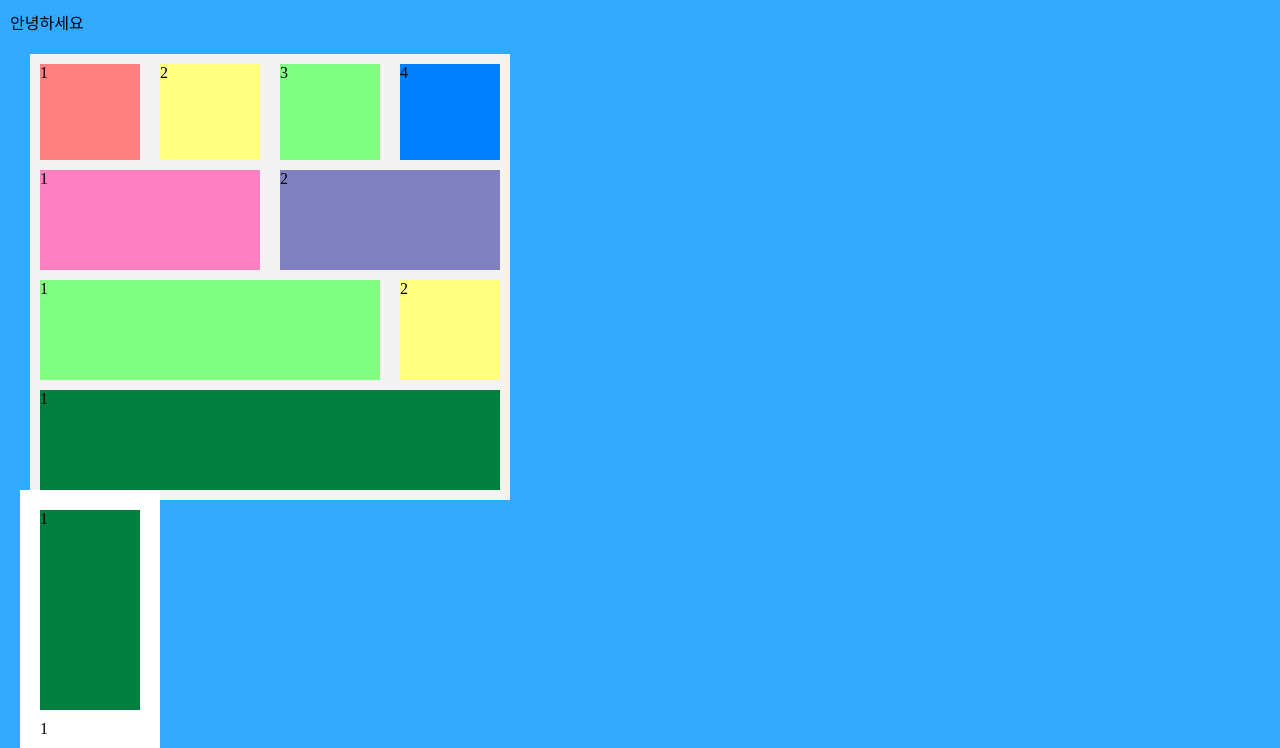
Repository: BaekJiGyeong/JSP_web
Page: http://localhost/Project0303/project1.jsp
The author's editor kept a copy of each file at every save. The page is drawn from the files as they stood at one save, then again after the next save.
The browser window is 1280 px wide. The pictures show the whole page.
The page is served by Tomcat 9.

Above is the page before, as saved 2016-03-03 09:07:26.

After the next save:
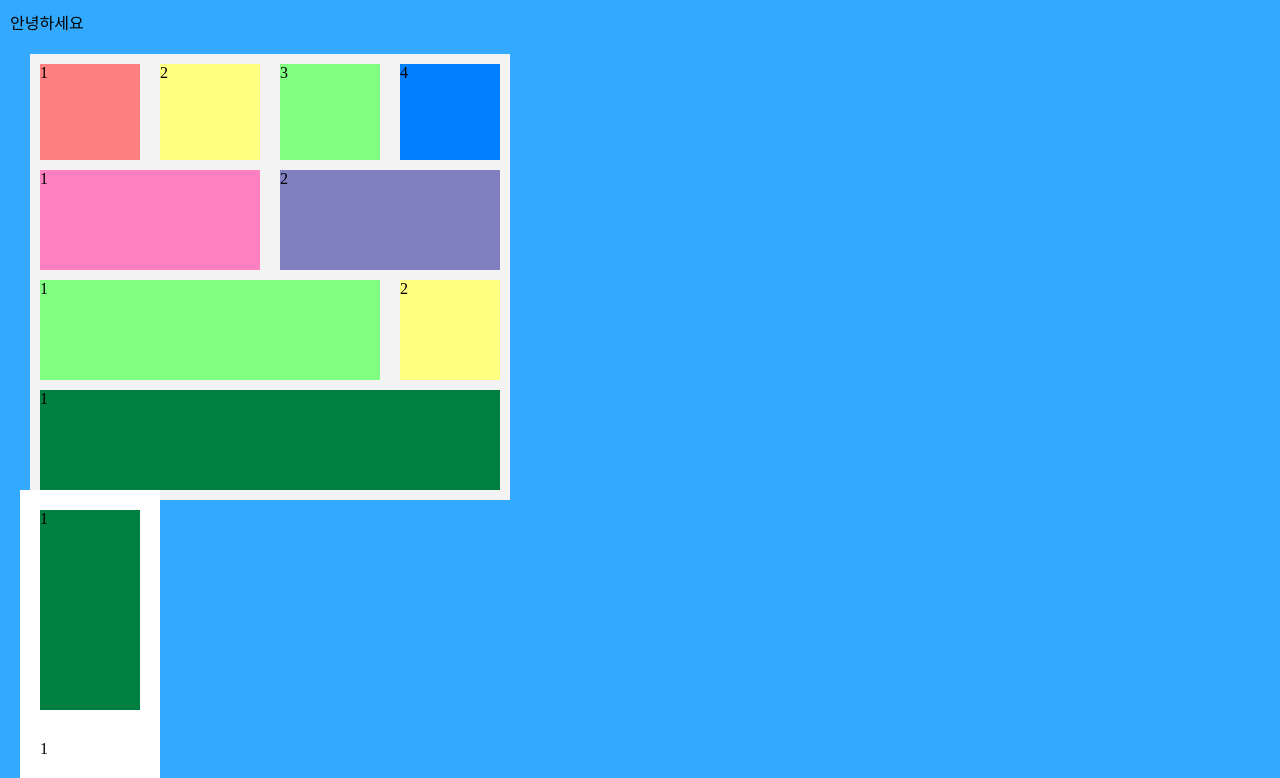
Saved 43 s later.
--- a/Project0303/WebContent/resource/css/project1.css
+++ b/Project0303/WebContent/resource/css/project1.css
@@ -97,3 +97,6 @@ div#col1row1 {
 	height: 200px;
 	float: left;
 }
+div#col2 {
+	float: left;
+}
